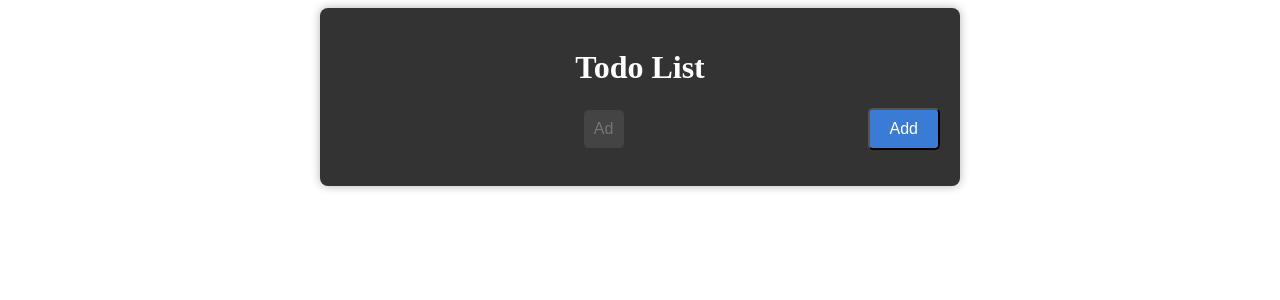
Repository: Tobby004/Todo-assignment
Page: / (app in todo-list-app/)
An editor plug-in stored every save of this project. The page is shown before and after the next save, followed by the edit.
The browser window is 1280 px wide. The pictures show the whole page.
The project was rebuilt for these pictures with package versions that can differ from the ones it lists, and the page was loaded fresh each time. Also part of the build but not shown: todo-list-app/vue.config.js.

Above is the page before, as saved 2023-12-06 16:50:16.

### todo-list-app/src/App.vue
<template>
  <div id="app">
    <h1>Todo List</h1>
    <div class="input-container">
      <input v-model="newTodo" @keyup.enter="addTodo" placeholder="Add new todo" class="input-field">
      <button @click="addTodo" class="add-button">Add</button>
    </div>
    <ul>
      <li v-for="(todo, index) in todos" :key="index" class="todo-item">
        <span>{{ todo }}</span>
        <button @click="editTodo(index)" class="edit-button">Edit</button>
        <button @click="deleteTodo(index)" class="delete-button">Delete</button>
      </li>
    </ul>
  </div>
</template>



<script>
export default {
  data() {
    return {
      todos: [],
      newTodo: '',
      editedTodoIndex: null,
    };
  },
  methods: {
    addTodo() {
      if (this.newTodo.trim() !== '') {
        if (this.editedTodoIndex !== null) {
          this.todos[this.editedTodoIndex] = this.newTodo;
          this.newTodo = '';
          this.editedTodoIndex = null;
        } else {
          this.todos.push(this.newTodo);
          this.newTodo = '';
        }
      }
    },
    editTodo(index) {
      this.newTodo = this.todos[index];
      this.editedTodoIndex = index;
    },
    deleteTodo(index) {
      this.todos.splice(index, 1);
    },
  },
};
</script>

<style scoped>
body {
  margin: 0;
  font-family: Arial, sans-serif;
  background-color: #222;
  color: #eee;
}
h1 {
  color: #fff;
}

#app {
  max-width: 600px;
  margin: 0 auto;
  padding: 20px;
  background-color: #333;
  border-radius: 8px;
  box-shadow: 0 0 10px rgba(0, 0, 0, 0.3);
}

h1 {
  text-align: center;
}

.input-container {
  display: flex;
  align-items: center;
  margin-bottom: 10px;
}

.input-field {
  width: 20px;
  padding: 10px;
  border: none;
  border-radius: 5px;
  font-size: 16px;
  background-color: #444;
  color: #eee;
  margin-left: auto;
  margin-right: auto;
}

.add-button {
  padding: 10px 20px;
  margin-left: 0px;
  border-radius: 5px;
  cursor: pointer;
  font-size: 16px;
  background-color: #3a7bd5;
  color: #fff;
  transition: background-color 0.3s ease;
}

.add-button:hover {
  background-color: #2e5aa3;
}
.todo-item {
  display: flex;
  align-items: center;
  justify-content: space-between;
  padding: 10px;
  margin-bottom: 8px;
  background-color: #555;
  border-radius: 5px;
  color: white;
  transition: background-color 0.3s ease;
}

.todo-item:hover {
  background-color: #666;
}

.edit-button,
.delete-button {
  padding: 5px 10px;
  border: none;
  border-radius: 3px;
  cursor: pointer;
  transition: background-color 0.3s ease;
}

.edit-button:hover {
  background-color: #3a7bd5;
}

.delete-button:hover {
  background-color: #d9534f;
}
</style>

Loaded but not shown: todo-list-app/public/index.html (common file); todo-list-app/src/main.js (common file)

After the next save:
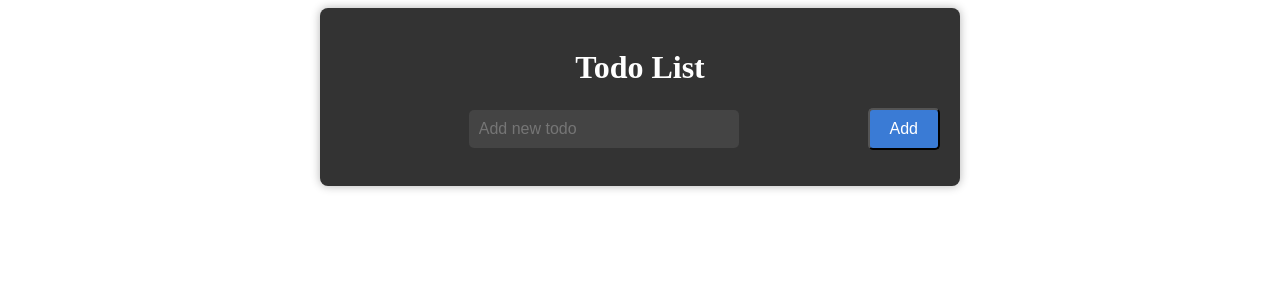
Saved 15 s later.
--- a/todo-list-app/src/App.vue
+++ b/todo-list-app/src/App.vue
@@ -81,7 +81,7 @@ h1 {
 }
 
 .input-field {
-  width: 20px;
+  width: 250px;
   padding: 10px;
   border: none;
   border-radius: 5px;
